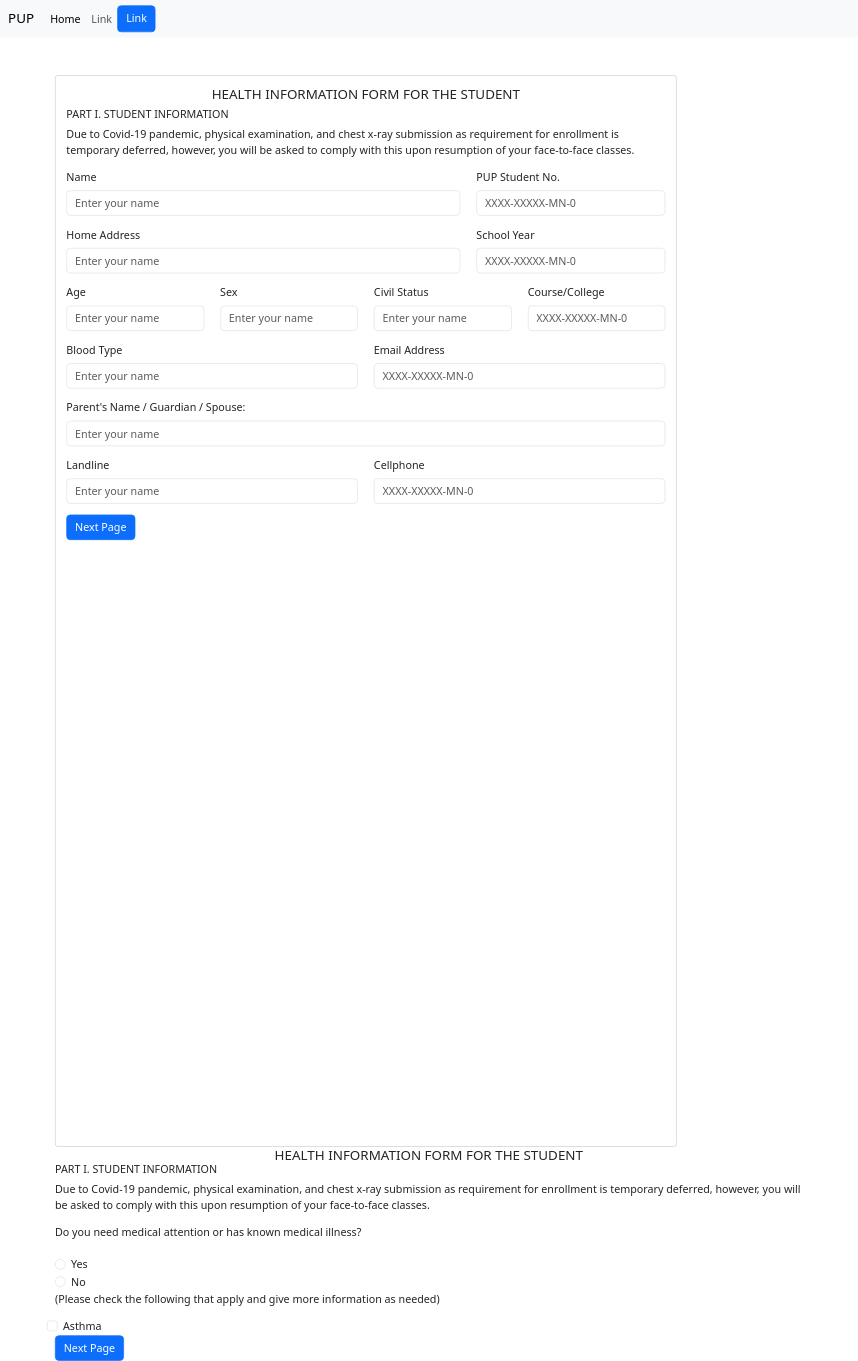
Repository: Nicktacku/webdev
Page: form.html
These files come from the project's save history. The page is drawn as it stood at one moment and after the next save; the edit follows.
The browser window is 1280 px wide. The pictures show the whole page, at 67% of full size.

Above is the page before, as saved 2024-07-15 18:24:23.

### form.html
<!DOCTYPE html>
<html lang="en">
  <head>
    <meta charset="UTF-8" />
    <meta name="viewport" content="width=device-width, initial-scale=1.0" />
    <title>Document</title>
    <link
      href="https://cdn.jsdelivr.net/npm/bootstrap@5.3.3/dist/css/bootstrap.min.css"
      rel="stylesheet"
      integrity="sha384-QWTKZyjpPEjISv5WaRU9OFeRpok6YctnYmDr5pNlyT2bRjXh0JMhjY6hW+ALEwIH"
      crossorigin="anonymous"
    />
  </head>
  <body>
    <!-- Navbar -->
    <nav class="navbar navbar-expand-lg bg-body-tertiary">
        <div class="container-fluid">
          <a class="navbar-brand" href="#">PUP</a>
          <button
            class="navbar-toggler"
            type="button"
            data-bs-toggle="collapse"
            data-bs-target="#navbarSupportedContent"
            aria-controls="navbarSupportedContent"
            aria-expanded="false"
            aria-label="Toggle navigation"
          >
            <span class="navbar-toggler-icon"></span>
          </button>
          <div class="collapse navbar-collapse" id="navbarSupportedContent">
            <ul class="navbar-nav me-auto mb-2 mb-lg-0">
              <li class="nav-item">
                <a class="nav-link active" aria-current="page" href="#">Home</a>
              </li>
              <li class="nav-item">
                <a class="nav-link" href="#">Link</a>
              </li>

              <a class="btn btn-primary" href="form.html" role="button">Link</a>
          </div>
        </div>
      </nav>

    <div
      class="container mt-2 pt-5"
    >


    <div class="card" style="width: 58rem; height: 100rem">

        <!-- section 1 -->
        <div class="card-body" id="section-1">
          <h5 class="card-title d-flex justify-content-center">HEALTH INFORMATION FORM FOR THE STUDENT</h5>
          <h6 class="card-text">PART I. STUDENT INFORMATION</h6>
          <p class="card-text">Due to Covid-19 pandemic, physical examination, and chest x-ray submission as requirement for enrollment is
            temporary deferred, however, you will be asked to comply with this upon resumption of your face-to-face classes.</p>

            <div class="row">
                <div class="col-8">
                    <div class="mb-3">
                        <label for="name" class="form-label">Name</label>
                        <input type="text" class="form-control" id="name-input" placeholder="Enter your name">
                      </div>
                </div>
                <div class="col">
                    <div class="mb-3">
                        <label for="name" class="form-label">PUP Student No.</label>
                        <input type="text" class="form-control" id="name-input" placeholder="XXXX-XXXXX-MN-0">
                      </div>
                </div>
            </div>

            <div class="row">
                <div class="col-8">
                    <div class="mb-3">
                        <label for="name" class="form-label">Home Address</label>
                        <input type="text" class="form-control" id="name-input" placeholder="Enter your name">
                      </div>
                </div>
                <div class="col">
                    <div class="mb-3">
                        <label for="name" class="form-label">School Year</label>
                        <input type="text" class="form-control" id="name-input" placeholder="XXXX-XXXXX-MN-0">
                      </div>
                </div>
            </div>

            <div class="row">
                <div class="col-3">
                    <div class="mb-3">
                        <label for="name" class="form-label">Age</label>
                        <input type="text" class="form-control" id="name-input" placeholder="Enter your name">
                      </div>
                </div>
                <div class="col-3">
                    <div class="mb-3">
                        <label for="name" class="form-label">Sex</label>
                        <input type="text" class="form-control" id="name-input" placeholder="Enter your name">
                      </div>
                </div>
                <div class="col-3">
                    <div class="mb-3">
                        <label for="name" class="form-label">Civil Status</label>
                        <input type="text" class="form-control" id="name-input" placeholder="Enter your name">
                      </div>
                </div>
                <div class="col">
                    <div class="mb-3">
                        <label for="name" class="form-label">Course/College</label>
                        <input type="text" class="form-control" id="name-input" placeholder="XXXX-XXXXX-MN-0">
                      </div>
                </div>
            </div>

            <div class="row">
                <div class="col-6">
                    <div class="mb-3">
                        <label for="name" class="form-label">Blood Type</label>
                        <input type="text" class="form-control" id="name-input" placeholder="Enter your name">
                      </div>
                </div>
                <div class="col">
                    <div class="mb-3">
                        <label for="name" class="form-label">Email Address</label>
                        <input type="text" class="form-control" id="name-input" placeholder="XXXX-XXXXX-MN-0">
                      </div>
                </div>
            </div>

            <div class="row">
                <div class="col">
                    <div class="mb-3">
                        <label for="name" class="form-label">Parent's Name / Guardian / Spouse:</label>
                        <input type="text" class="form-control" id="name-input" placeholder="Enter your name">
                      </div>
                </div>
            </div>

            <div class="row">
                <div class="col-6">
                    <div class="mb-3">
                        <label for="name" class="form-label">Landline</label>
                        <input type="text" class="form-control" id="name-input" placeholder="Enter your name">
                      </div>
                </div>
                <div class="col">
                    <div class="mb-3">
                        <label for="name" class="form-label">Cellphone</label>
                        <input type="text" class="form-control" id="name-input" placeholder="XXXX-XXXXX-MN-0">
                      </div>
                </div>
            </div>

          <a href="#" class="btn btn-primary">Next Page</a>
        </div>
      </div>

      <!-- Section 2 -->
      <div class="card-body" id="section-2">
        <h5 class="card-title d-flex justify-content-center">HEALTH INFORMATION FORM FOR THE STUDENT</h5>
        <h6 class="card-text">PART I. STUDENT INFORMATION</h6>
        <p class="card-text">Due to Covid-19 pandemic, physical examination, and chest x-ray submission as requirement for enrollment is
          temporary deferred, however, you will be asked to comply with this upon resumption of your face-to-face classes.</p>

          <div class="row">
            <div class="col">
                <div class="mb-3">
                    <label for="name" class="form-label">Do you need medical attention or has known medical illness?</label>
                </div>
                <div class="form-check">
                    <input class="form-check-input" type="radio" name="flexRadioDefault" id="flexRadioDefault1">
                    <label class="form-check-label" for="flexRadioDefault1">
                      Yes
                    </label>
                  </div>
                  <div class="form-check">
                    <input class="form-check-input" type="radio" name="flexRadioDefault" id="flexRadioDefault2">
                    <label class="form-check-label" for="flexRadioDefault2">
                      No
                    </label>
                  </div>

                  <div class="row">
                    <p class="col-12">(Please check the following that apply and give more information as needed)</p>
                    <div class="form-check col-3">
                        <input class="form-check-input" type="checkbox" value="" id="flexCheckDefault">
                        <label class="form-check-label" for="flexCheckDefault">
                          Asthma
                        </label>
                    </div>
                  </div>
            </div>
          </div>

        <a href="#" class="btn btn-primary">Next Page</a>
      </div>
    </div>


    <script
      src="https://cdn.jsdelivr.net/npm/bootstrap@5.3.3/dist/js/bootstrap.bundle.min.js"
      integrity="sha384-YvpcrYf0tY3lHB60NNkmXc5s9fDVZLESaAA55NDzOxhy9GkcIdslK1eN7N6jIeHz"
      crossorigin="anonymous"
    ></script>
  </body>
</html>

After the next save:
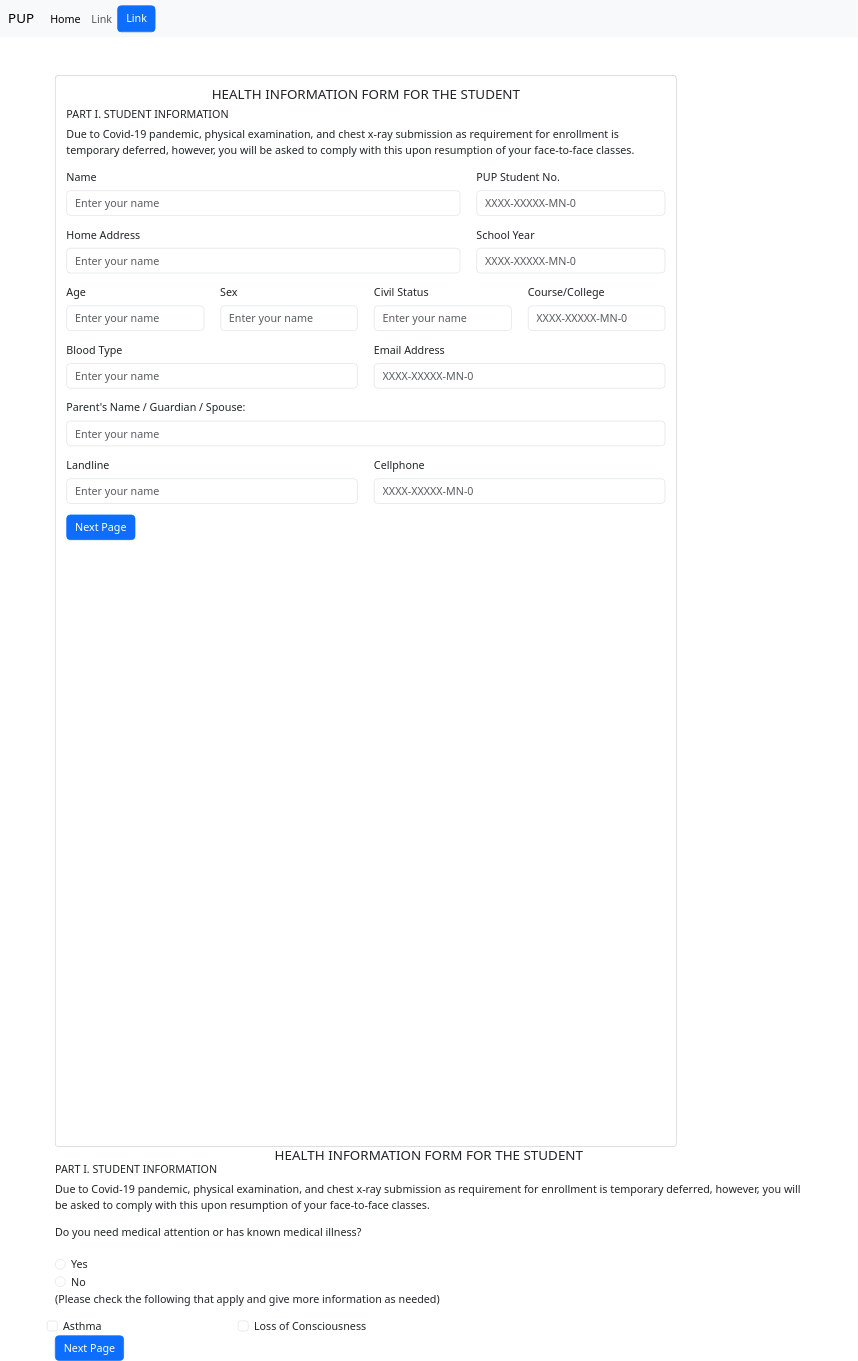
Saved 92 s later.
--- a/form.html
+++ b/form.html
@@ -186,7 +186,13 @@
                         <input class="form-check-input" type="checkbox" value="" id="flexCheckDefault">
                         <label class="form-check-label" for="flexCheckDefault">
                           Asthma
-                        </label>
+                    </label>
+                    </div>
+                    <div class="form-check col-3">
+                        <input class="form-check-input" type="checkbox" value="" id="flexCheckDefault">
+                        <label class="form-check-label" for="flexCheckDefault">
+                            Loss of Consciousness
+                    </label>
                     </div>
                   </div>
             </div>
